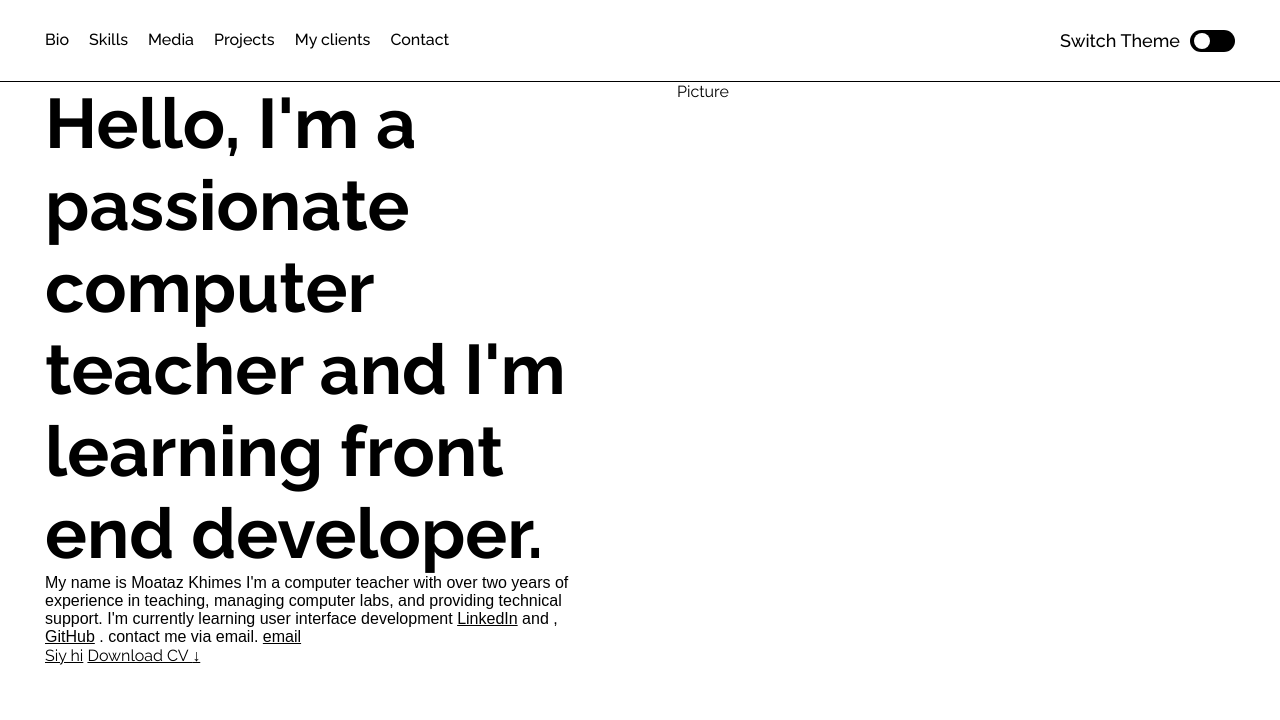
Repository: moataz305G/Personal-website
Page: index.html
The author's editor kept a copy of each file at every save. The page is drawn from the files as they stood at one save, then again after the next save.
The browser window is 1280 px wide. The pictures show the whole page.

Above is the page before, as saved 2025-12-12 21:09:23.

### index.html
<!DOCTYPE html>
<html lang="en">
  <head>
    <meta charset="UTF-8" />

    <meta name="viewport" content="width=device-width, initial-scale=1.0" />
    <link rel="preconnect" href="https://fonts.googleapis.com" />
    <link rel="preconnect" href="https://fonts.gstatic.com" crossorigin />
    <link
      href="https://fonts.googleapis.com/css2?family=Raleway:ital,wght@0,100..900;1,100..900&display=swap"
      rel="stylesheet"
    />

    <link rel="stylesheet" href="Style.css" />
    <title class="title">Moataz khimes</title>
  </head>
  <body>
    <div class="container">
      <header class="header">
        <nav class="navigation">
          <ul class="navigation__list">
            <li><a href="#" class="navigation__link">Bio</a></li>
            <li><a href="#" class="navigation__link">Skills</a></li>
            <li><a href="#" class="navigation__link">Media</a></li>
            <li><a href="#" class="navigation__link">Projects</a></li>
            <li><a href="#" class="navigation__link">My clients</a></li>
            <li><a href="#" class="navigation__link">Contact</a></li>
          </ul>
        </nav>

        <div class="toggle">
          <h3 class="toggle__title">Switch Theme</h3>
          <input
            type="checkbox"
            name="toggle checkbox"
            id="toggle"
            class="toggle__checkbox"
          />
          <label for="toggle" class="toggle__label"></label>
        </div>
      </header>

      <section id="bio" class="bio section">
        <div class="bio__content">
          <h1 class="bio__heading">
            Hello, I'm a passionate computer teacher and I'm learning front end
            developer.
          </h1>
          <p class="bio__objeactive">
            My name is <span class="bio__name">Moataz Khimes</span>
            I'm a computer teacher with over two years of experience in
            teaching, managing computer labs, and providing technical support.
            I'm currently learning user interface development
            <a
              href="https://www.linkedin.com/in/moataz-khimes-53586223b/"
              class="bio__linkedin"
              >LinkedIn</a
            >
            and ,<a href="https://github.com/moataz305G" class="bio__github"
              >GitHub</a
            >
            . contact me via email.
            <a href="mutazkhmes@gmail.com" class="gio__email">email</a>
          </p>
          <a href="#" class="bio__links siy-hi-link">Siy hi</a>
          <a href="#" class="bio__links find-out-link"
            >Download CV <span class="bio__arrow">↓</span></a
          >
        </div>
        <div class="bio__pic-content">Picture</div>
      </section>
    </div>
  </body>
</html>

### Style.css
:root {
  --container-width: 119rem;
  --guter: 6rem;

  --color-black: #000;
  --color-white: #fff;
  --color-blue: #2374e1;
  --color-lite-blue: #1d9bf0;
  --color-dark-blue: #0a66c2;
  --color-darker-blue: #143ce8;
  --color-red: #ff0000;
  --color-green: #03a696;
  --color-gray: #f6f6f6;
  --color-dark-green: #42959b;

  --color-background: var(--color-white);
  --color-text: var(--color-black);
  --color-box-img: var(--color-black);
  --color-link-bg: var(--color-black);
  --color-input-border: var(--color-black);

  --font-family-raleway: "Raleway", sans-serif;
  --font-family-poppins: "Poppins", sans-serif;

  --font-weight-regular: 400;
  --font-weight-medium: 500;
  --font-weight-semi-bold: 600;
  --font-weight-bold: 700;

  --font-size-70: 7rem;
  --font-size-65: 6.5rem;
  --font-size-40: 4rem;
  --font-size-38: 3.8rem;
  --font-size-24: 2.4rem;
  --font-size-22: 2.2rem;
  --font-size-20: 2rem;
  --font-size-18: 1.8rem;
  --font-size-15: 1.5rem;

  --transition-timing: 0.3s;
}
/* CSS Reset */
* {
  margin: 0;
  padding: 0;
}

*,
*::after,
*::before {
  box-sizing: border-box;
}

a {
  color: inherit;
  display: inline-block;
}

button {
  background-color: transparent;
  border: none;
  cursor: pointer;
}

ul,
ol {
  list-style: none;
}
/* END CSS Reset */
html {
  font-size: 62.5%;
  scroll-behavior: smooth;
  scroll-padding-top: 11rem;
}

body {
  font-size: 1.6rem;
  font-family: var(--font-family-raleway);
  background-color: var(--color-background);
  color: var(--color-text);
}

.container {
  max-width: var(--container-width);
  margin: 0 auto;
}
header {
  position: relative;
  padding: 3rem 0;
  display: flex;
  justify-content: center;
  z-index: 0;
}
.header::before {
  content: "";
  position: absolute;
  height: 100%;
  width: 100vw;
  border-bottom: 0.1rem solid var(--color-black);
  top: 0;
  z-index: -1;
}

.navigation__list {
  display: flex;
  gap: 2rem;
}
.navigation__link:link,
.navigation__link:visited {
  text-decoration: none;
  font-weight: var(--font-weight-medium);
}
.navigation__link:hover,
.navigation__link:active {
  text-decoration: underline;
  color: var(--color-text);
}

/* Toggle */
.toggle {
  display: flex;
  gap: 1rem;
  margin-left: auto;
}
.toggle__title {
  font-weight: var(--font-weight-medium);
  font-size: var(--font-size-18);
}

.toggle__checkbox {
  display: none;
}

.toggle__label {
  display: block;
  position: relative;
  background-color: var(--color-black);
  border-radius: 1.5rem;
  width: 4.5rem;
  height: 2.2rem;
  cursor: pointer;
  padding: 0.3rem 0.4rem;
  transition: 0.3s;
}

.toggle__label::after {
  content: "";
  display: block;
  width: 1.6rem;
  height: 1.6rem;
  border-radius: 50%;
  background-color: var(--color-white);
  transition: 0.3s;
}

.toggle__checkbox:checked + .toggle__label {
  background-color: var(--color-white);
}
.toggle__checkbox:checked + .toggle__label::after {
  transform: translateX(2.1rem);
  background-color: var(--color-green);
}

/* End Toggle */

.section {
  display: grid;
  grid-template-columns: repeat(2, auto);
  align-items: start;
}

/* Bio */
.bio {
  grid-gap: 7.4rem;
  grid-template-columns: repeat(2, 1fr);
}

.bio__heading {
  font-size: var(--font-size-70);
  font-weight: var(--font-weight-bold);
}

.bio__objeactive {
  font-family: var(--font-family-poppins);
  font-weight: var(--font-weight-regular);
}

After the next save:
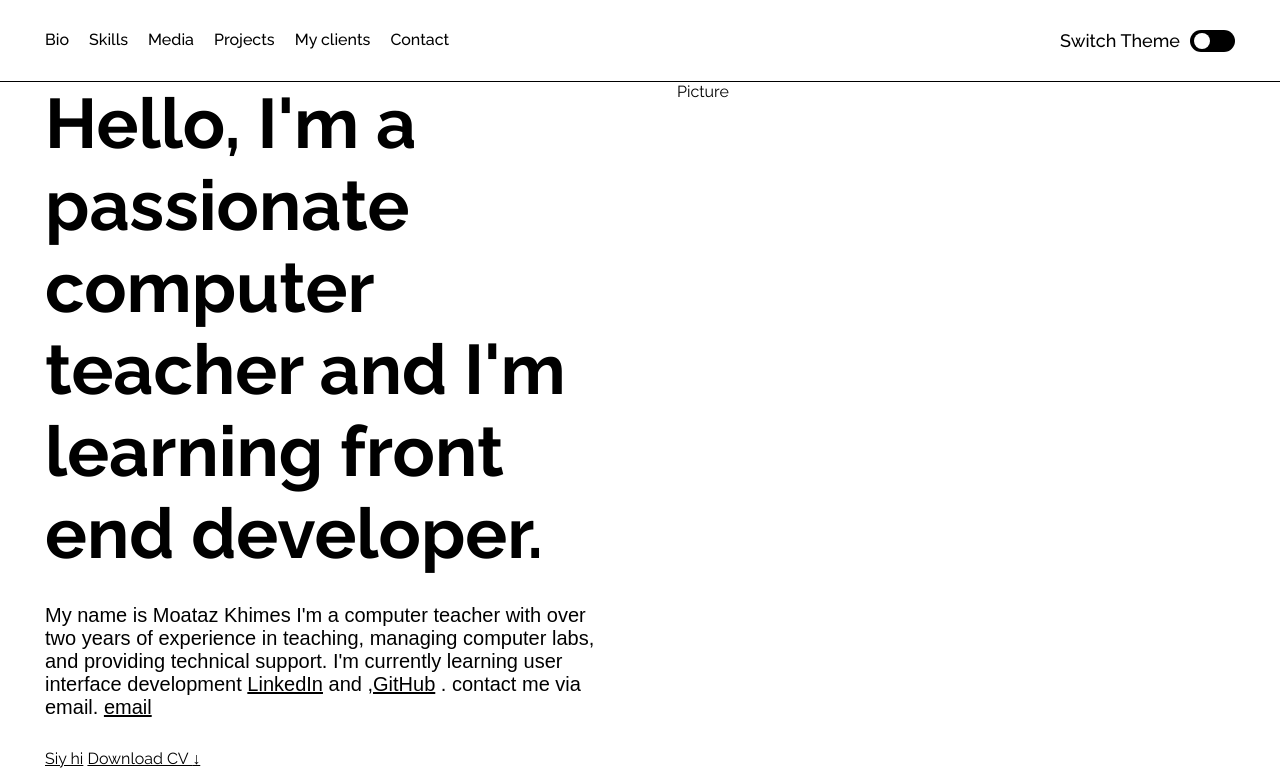
Saved 46 s later.
--- a/Style.css
+++ b/Style.css
@@ -183,4 +183,6 @@ header {
 .bio__objeactive {
   font-family: var(--font-family-poppins);
   font-weight: var(--font-weight-regular);
+  font-size: var(--font-size-20);
+  margin: 3rem 0;
 }
